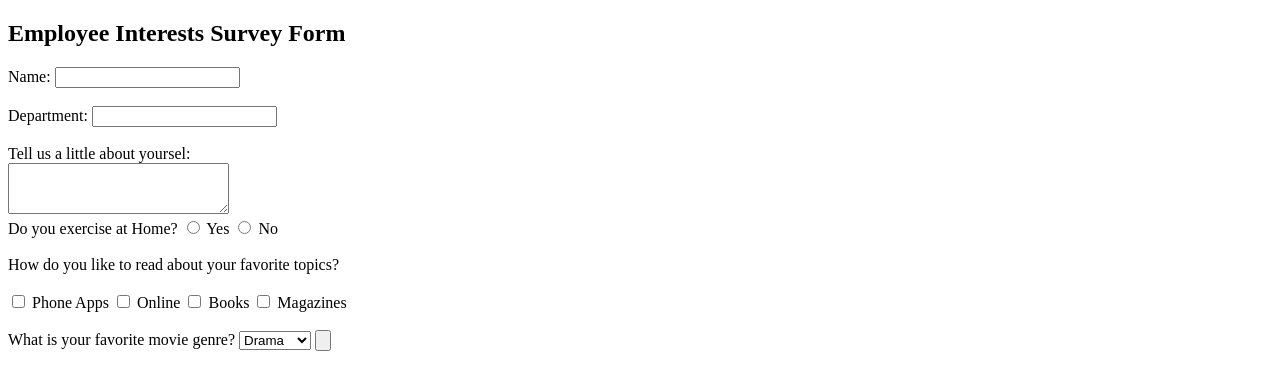
Repository: JoaoLemesDEV/Exercise-Survey-Form
Page: index.html
The author's editor kept a copy of each file at every save. The page is drawn from the files as they stood at one save, then again after the next save.
The browser window is 1280 px wide. The pictures show the whole page.

Above is the page before, as saved 2021-10-10 18:36:02.

### index.html
<!DOCTYPE html>
<html lang="en">
  <head>
    <meta charset="UTF-8" />
    <meta http-equiv="X-UA-Compatible" content="IE=edge" />
    <meta name="viewport" content="width=device-width, initial-scale=1.0" />
    <title>Survey Form</title>
  </head>
  <body>
    <form action="">
      <h2>Employee Interests Survey Form</h2>
      <label for="name">Name: </label>
      <input type="text" name="name" id="" required /><br /><br />
      <label for="dep">Department:</label>
      <input type="text" name="dep" id="" required /><br /><br />
      <label for="message">Tell us a little about yoursel:</label><br />
      <textarea name="message" id="message" cols="25" rows="3"></textarea><br />
      <label for="question01">Do you exercise at Home?</label>
      <input type="radio" name="question01" id="question01" />
      <label for="question01">Yes</label>
      <input type="radio" name="question01" id="question01" />
      <label for="question01">No</label><br /><br />
      <label for="">How do you like to read about your favorite topics?</label
      ><br /><br />
      <input type="checkbox" name="" id="" />
      <label for="">Phone Apps</label>
      <input type="checkbox" name="" id="" />
      <label for="">Online</label>
      <input type="checkbox" name="" id="" />
      <label for="">Books</label>
      <input type="checkbox" name="" id="" />
      <label for="">Magazines</label><br /><br />
      <label for="">What is your favorite movie genre?</label>
      <select name="" id="">
        <option value="">Drama</option>
        <option value="">Terror</option>
        <option value="">Comedy</option>
        <option value="">Horror</option>
        <option value="">Action</option>
      </select>
      <input type="submit" value="">
    </form>
  </body>
</html>

After the next save:
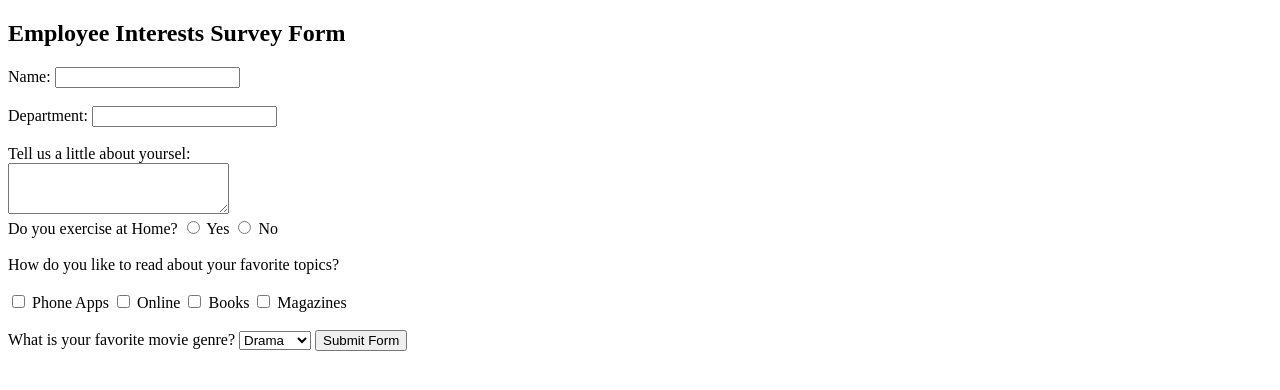
Saved 7 s later.
--- a/index.html
+++ b/index.html
@@ -38,7 +38,7 @@
         <option value="">Horror</option>
         <option value="">Action</option>
       </select>
-      <input type="submit" value="">
+      <input type="submit" value="Submit Form">
     </form>
   </body>
 </html>
